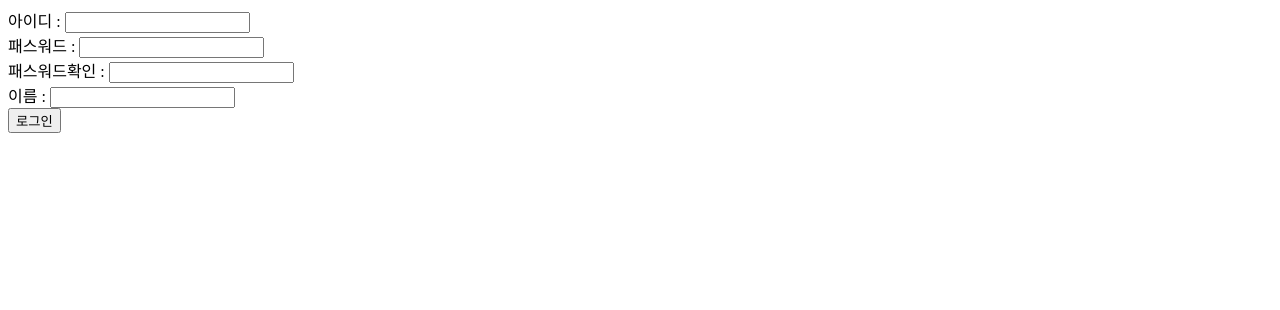
Repository: JeongYT/JSP
Page: jspproject/src/main/webapp/login.html
The author's editor kept a copy of each file at every save. The page is drawn from the files as they stood at one save, then again after the next save.
The browser window is 1280 px wide. The pictures show the whole page.

Above is the page before, as saved 2023-07-06 07:29:36.

### jspproject/src/main/webapp/login.html
<!DOCTYPE html>
<html>
<head>
<meta charset="UTF-8">
<title>Insert title here</title>
</head>
<body>
	<form action="/hello">
		아이디 : <input type="text" name="id"> <br>
		패스워드 : <input type="password" name="pw"> <br>
		패스워드확인 : <input type="password" name="pw2"> <br>
		이름 : <input type="text" name="name"> <br>
		<input type="submit" value="로그인">
	</form>
</body>
</html>

After the next save:
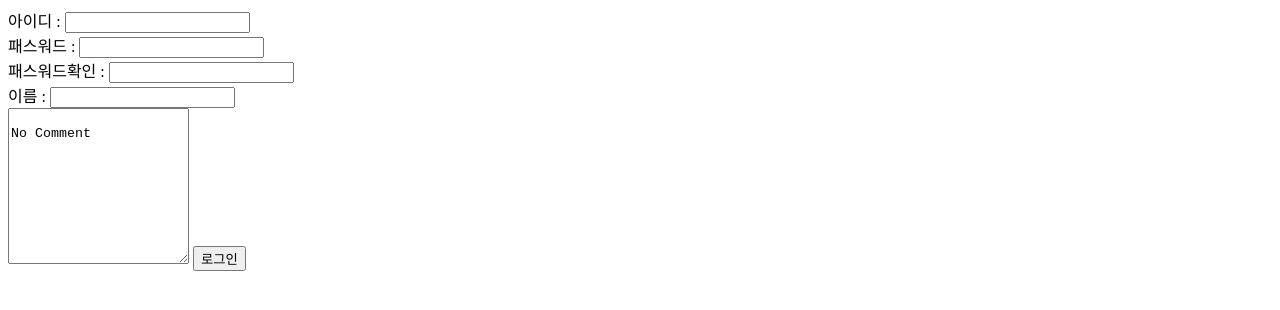
Saved 4 min 35 s later.
--- a/jspproject/src/main/webapp/login.html
+++ b/jspproject/src/main/webapp/login.html
@@ -10,6 +10,9 @@
 		패스워드 : <input type="password" name="pw"> <br>
 		패스워드확인 : <input type="password" name="pw2"> <br>
 		이름 : <input type="text" name="name"> <br>
+		<textarea name="comment" rows="10" cols="20">
+			No Comment
+		</textarea>
 		<input type="submit" value="로그인">
 	</form>
 </body>
